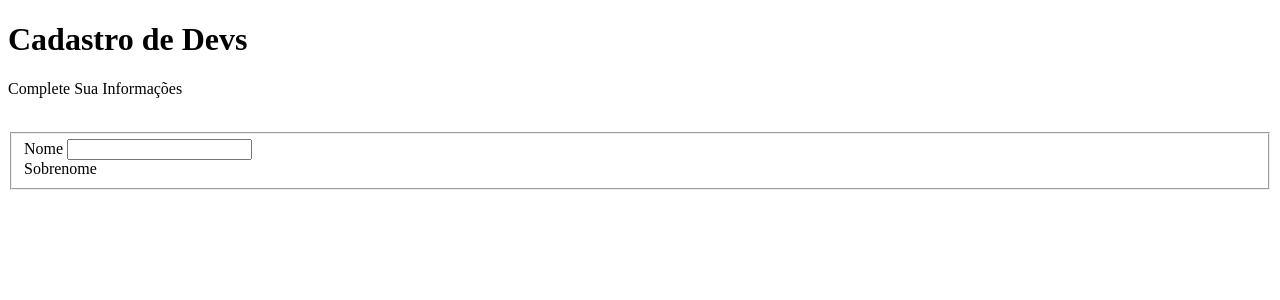
Repository: 2020francesco/formulario
Page: formulario.html
The author's editor kept a copy of each file at every save. The page is drawn from the files as they stood at one save, then again after a run of saves.
The browser window is 1280 px wide. The pictures show the whole page.

Above is the page before, as saved 2021-04-20 10:53:49.

After the next 2 saves:
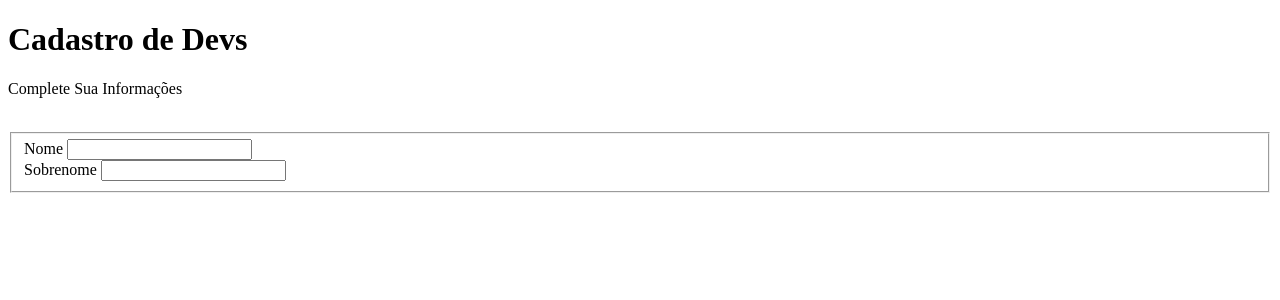
The 2 saves are shown as one change because they came seconds apart.
The last was saved 5 s later.
--- a/formulario.html
+++ b/formulario.html
@@ -23,7 +23,7 @@
 
         <div>
           <label>Sobrenome</label>
-
+          <input
         </div>
       </fieldset>
     </form>
